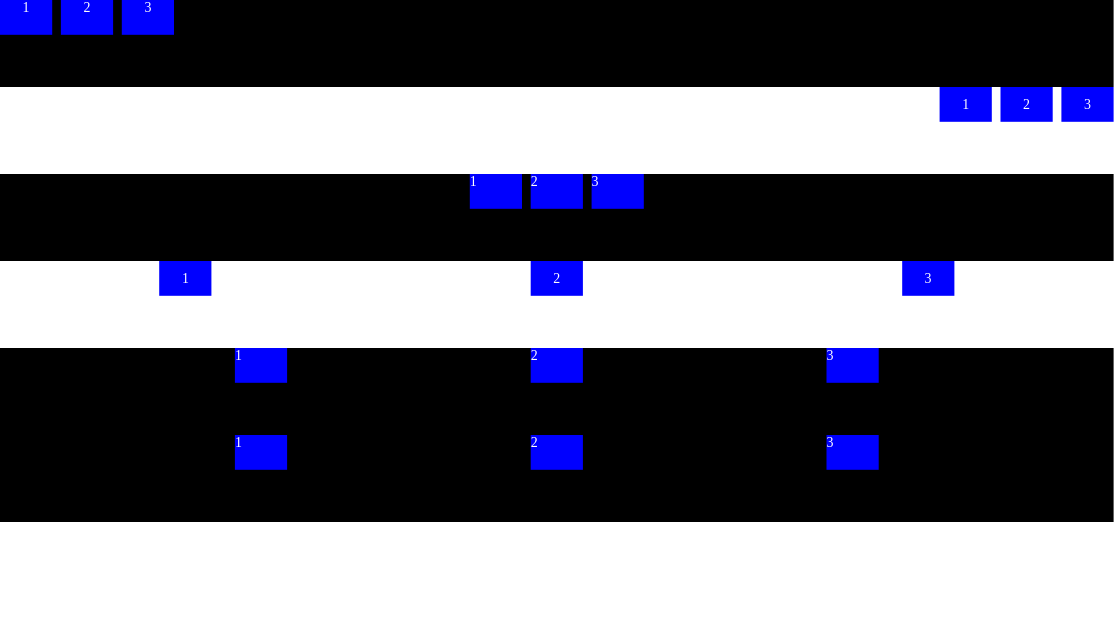
Repository: Elesion08/flexbox
Page: index.html
The author's editor kept a copy of each file at every save. The page is drawn from the files as they stood at one save, then again after a run of saves.
The browser window is 1280 px wide. The pictures show the whole page, at 87% of full size.

Above is the page before, as saved 2025-04-14 11:47:34.

After the next 2 saves:
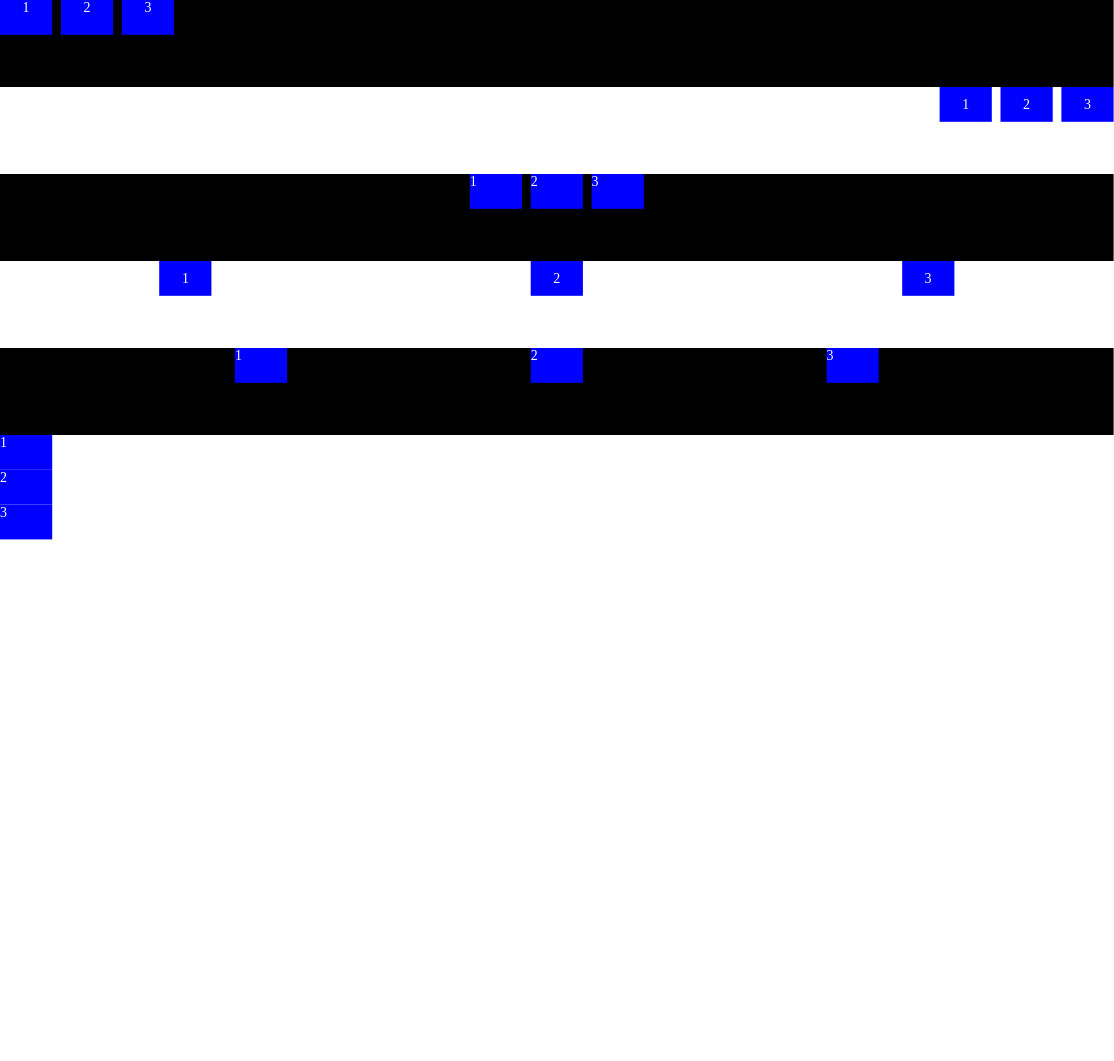
The 2 saves are shown as one change because they came seconds apart.
The last was saved 8 s later.
--- a/index.html
+++ b/index.html
@@ -33,7 +33,7 @@
             <div class="box5">2</div>
             <div class="box5">3</div>
         </div>
-        <div class="container__card5">
+        <div class="container__card6">
             <div class="box5">1</div>
             <div class="box5">2</div>
             <div class="box5">3</div>
